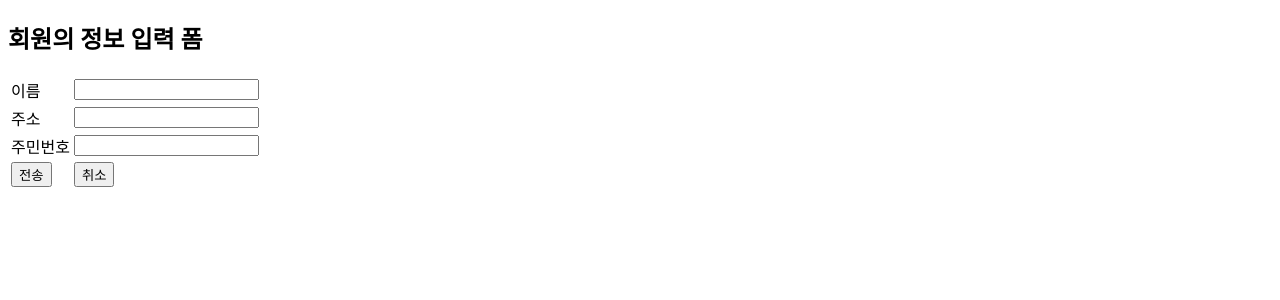
Repository: o3orr/jsp_study
Page: http://localhost/web-study-08/employeeForm.jsp
An editor plug-in stored every save of this project. The page is shown before and after the next save, followed by the edit.
The browser window is 1280 px wide. The pictures show the whole page.
The page is served by Tomcat 9.

Above is the page before, as saved 2024-03-05 07:14:21.

### web-study-08/src/main/webapp/employeeForm.jsp
<%@ page language="java" contentType="text/html; charset=UTF-8"
    pageEncoding="UTF-8"%>
<!DOCTYPE html>
<html>
<head>
<meta charset="UTF-8">
<title>Insert title here</title>
</head>
<body>
<h2>회원의 정보 입력 폼</h2>
	<form method="post" action="addEmployee.jsp">
		<table>
			<tr>
				<td>이름</td>
				<td><input type="text" name="name" size="20"></td>
			</tr>
			<tr>
				<td>주소</td>
				<td><input type="text" name="address" size="20"></td>
			</tr>
			<tr>
				<td>주민번호</td>
				<td><input type="text" name="ssn" size="20"></td>
			</tr>
			<tr>
				<td><input type="submit" value="전송"></td>
				<td><input type="reset" value="취소"></td>
			</tr>
		</table>
	</form>
</body>
</html>

After the next save:
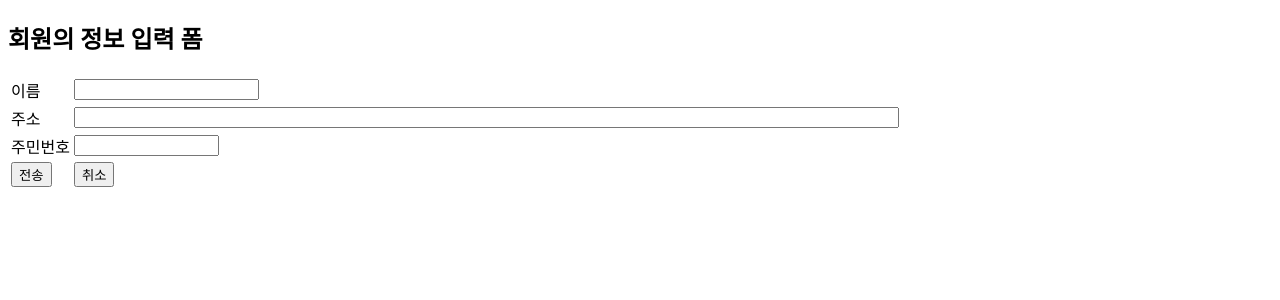
Saved 11 s later.
--- a/web-study-08/src/main/webapp/employeeForm.jsp
+++ b/web-study-08/src/main/webapp/employeeForm.jsp
@@ -16,11 +16,11 @@
 			</tr>
 			<tr>
 				<td>주소</td>
-				<td><input type="text" name="address" size="20"></td>
+				<td><input type="text" name="address" size="100"></td>
 			</tr>
 			<tr>
 				<td>주민번호</td>
-				<td><input type="text" name="ssn" size="20"></td>
+				<td><input type="text" name="ssn" size="15"></td>
 			</tr>
 			<tr>
 				<td><input type="submit" value="전송"></td>
